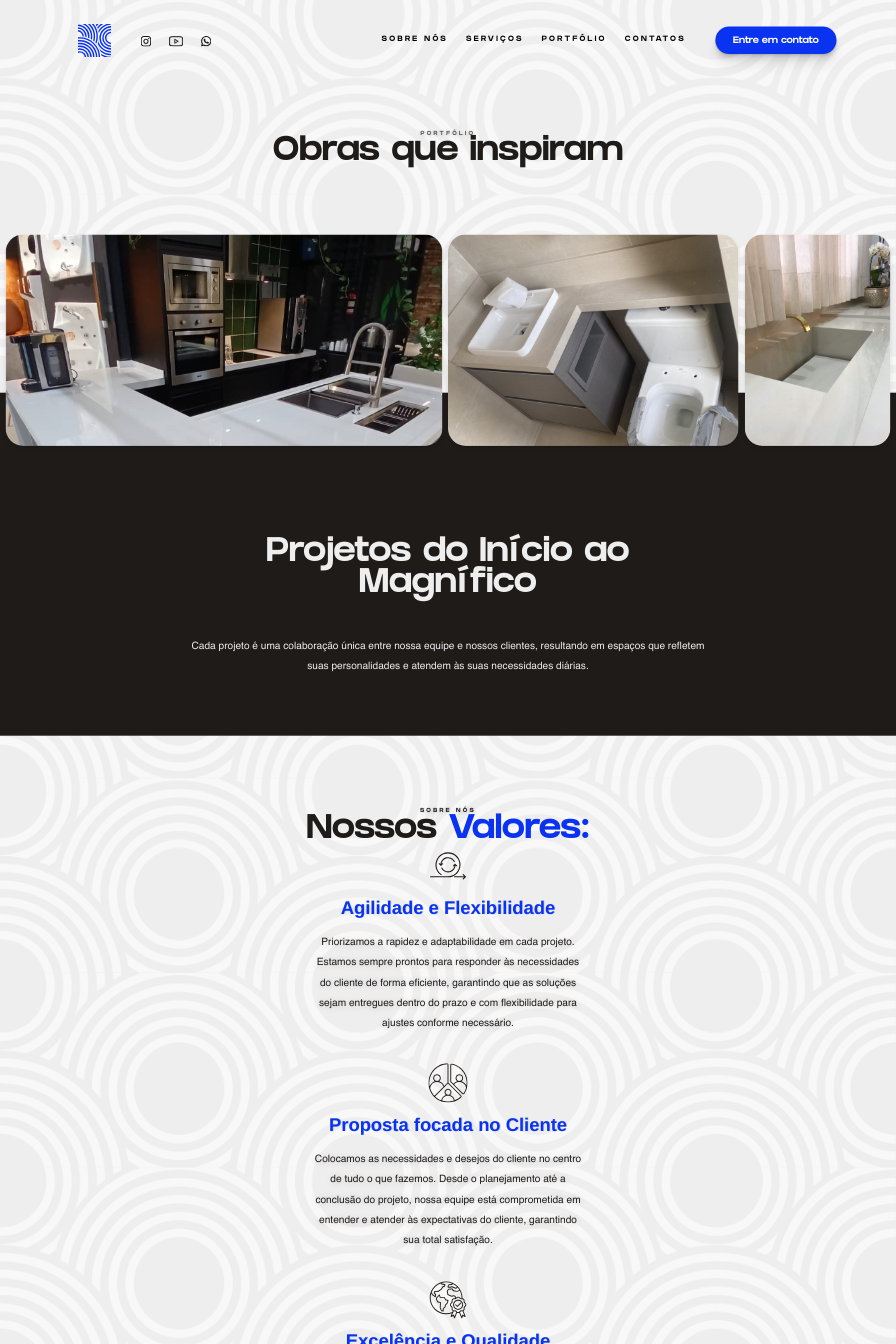
Repository: lucastdcs/ReforMar
Page: /portfolio
The author's editor kept a copy of each file at every save. The page is drawn from the files as they stood at one save, then again after a run of saves.
The browser window is 1280 px wide. The pictures show the part of the page from y = 0 to 1920 px (the page is 6311 px tall before and 720 px after), at 70% of full size.
Backgrounds fixed to the window are drawn as part of the page. The project was rebuilt for these pictures with package versions that can differ from the ones it lists, and the page was loaded fresh each time. Also part of the build but not shown: vite.config.js, src/Components/EmailPopUp/EmailPopUp.styled.js, src/Components/EmailPopUp/EmailPopUp.jsx, src/Components/Card/Card.styled.js, src/Components/Card/Card.jsx, src/Components/ServicesCard/ServicesCard.styled.js, src/Components/ServicesCard/ServicesCard.jsx, src/Components/Badges/Badges.styled.js and 9 more.

Above is the page before, as saved 2024-10-11 13:04:25.

After the next 3 saves:
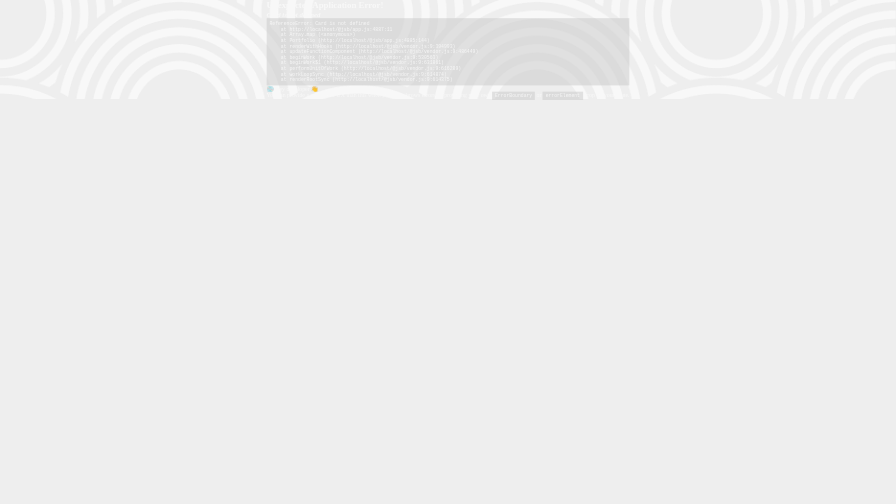
Console error: ReferenceError: Card is not defined
The 3 saves are shown as one change because 2 did not build or start.
The last was saved 30 s later.
--- a/src/Pages/Portfolio.jsx
+++ b/src/Pages/Portfolio.jsx
@@ -170,10 +170,10 @@
           </Text>
         </div>
         <CarouselNew className="portfolio_carousel_inner">
-          {/* {projects.map(project =>{
+          {projects.map(project =>{
             <Card
             className="project_card"
-            img={project.mainImgs.}
+            img={project}
             title="Cuba de Cozinha"
             feedbackStars="4"
             rating={4}
@@ -188,7 +188,7 @@
             antes={beforeAndAfter1.antes}
             depois={beforeAndAfter1.depois}
           />
-          })} */}
+          })}
           {/* <Card
             className="project_card"
             img={thumbnailUrl1}

After the save that followed:
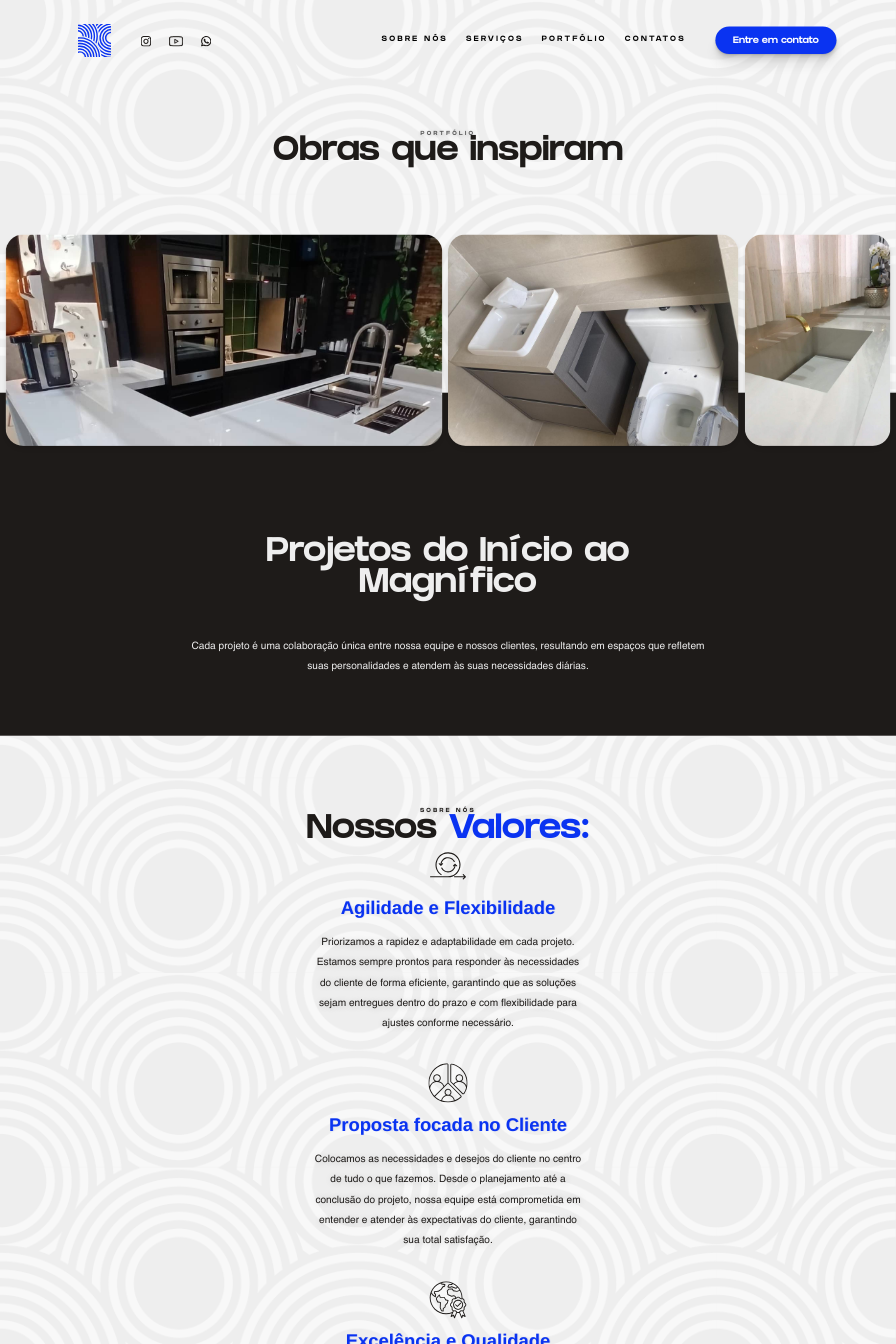
The error is gone.
Saved 37 s later.
--- a/src/Pages/Portfolio.jsx
+++ b/src/Pages/Portfolio.jsx
@@ -142,6 +142,7 @@
     getProjects();
   }, []);
 
+  console.log("🚀 ~ Portfolio ~ projects:", projects);
 
   return (
     <Main>
@@ -170,25 +171,6 @@
           </Text>
         </div>
         <CarouselNew className="portfolio_carousel_inner">
-          {projects.map(project =>{
-            <Card
-            className="project_card"
-            img={project}
-            title="Cuba de Cozinha"
-            feedbackStars="4"
-            rating={4}
-            duration="1 Semana"
-            year="2023"
-            area="30m²"
-            type="Residência"
-            location="Santos - SP"
-            description="Reforma de paredes, pisos, instalações de lustres e superfícies de mármore"
-            overlay
-            images={imageUrls1}
-            antes={beforeAndAfter1.antes}
-            depois={beforeAndAfter1.depois}
-          />
-          })}
           {/* <Card
             className="project_card"
             img={thumbnailUrl1}
